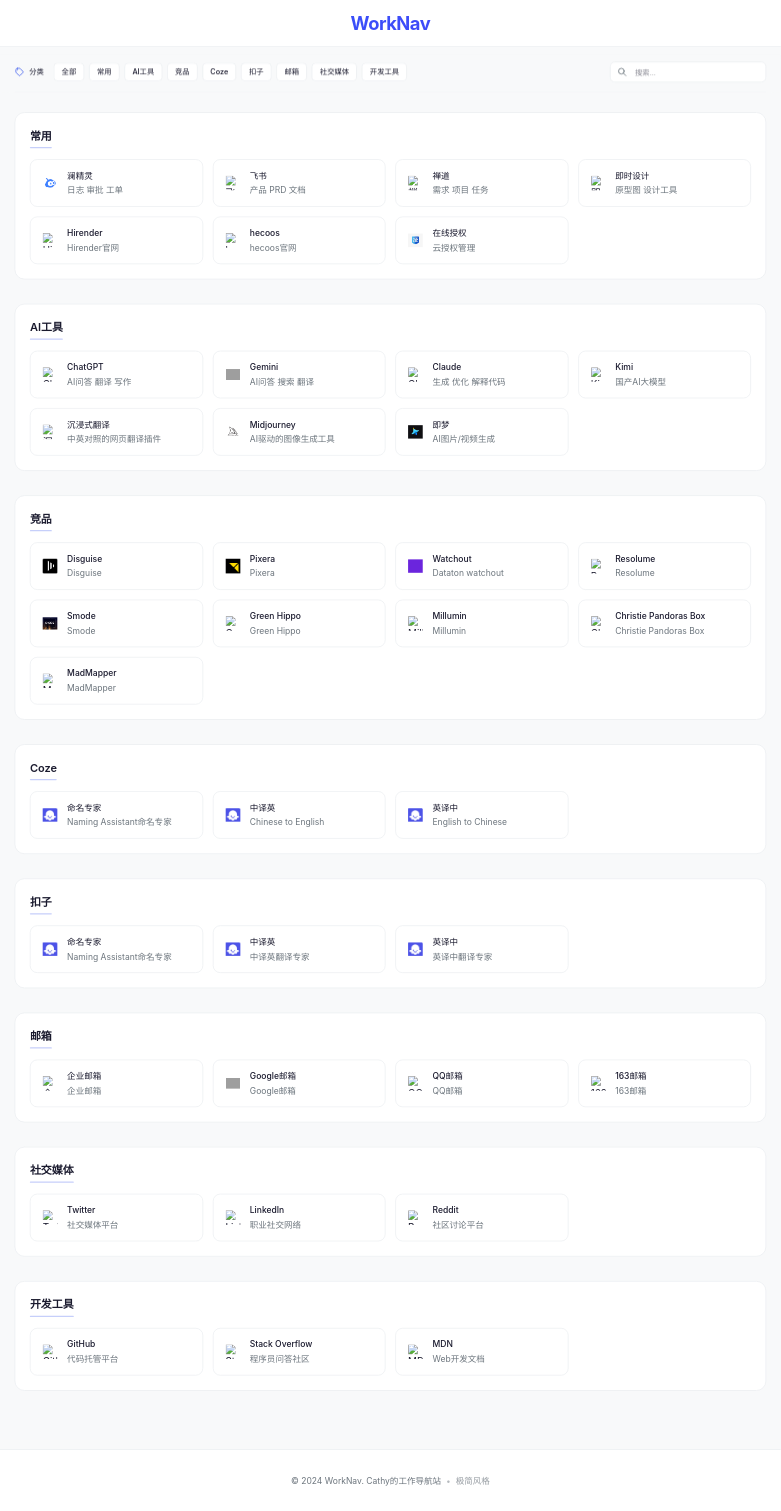
Repository: SweetPomelo0/WorkNav
Page: /
These files come from the project's save history. The page is drawn as it stood at one moment and after the next save; the edit follows.
The browser window is 1280 px wide. The pictures show the whole page, at 61% of full size.
Pictures or frames that could not be fetched are drawn as grey boxes. The project was rebuilt for these pictures with package versions that can differ from the ones it lists, and the page was loaded fresh each time. The framework's server and built-in components were replaced by stand-ins that run in the browser. Also part of the build but not shown: next.config.ts.

Above is the page before, as saved 2025-07-26 23:15:05.

After the next save:
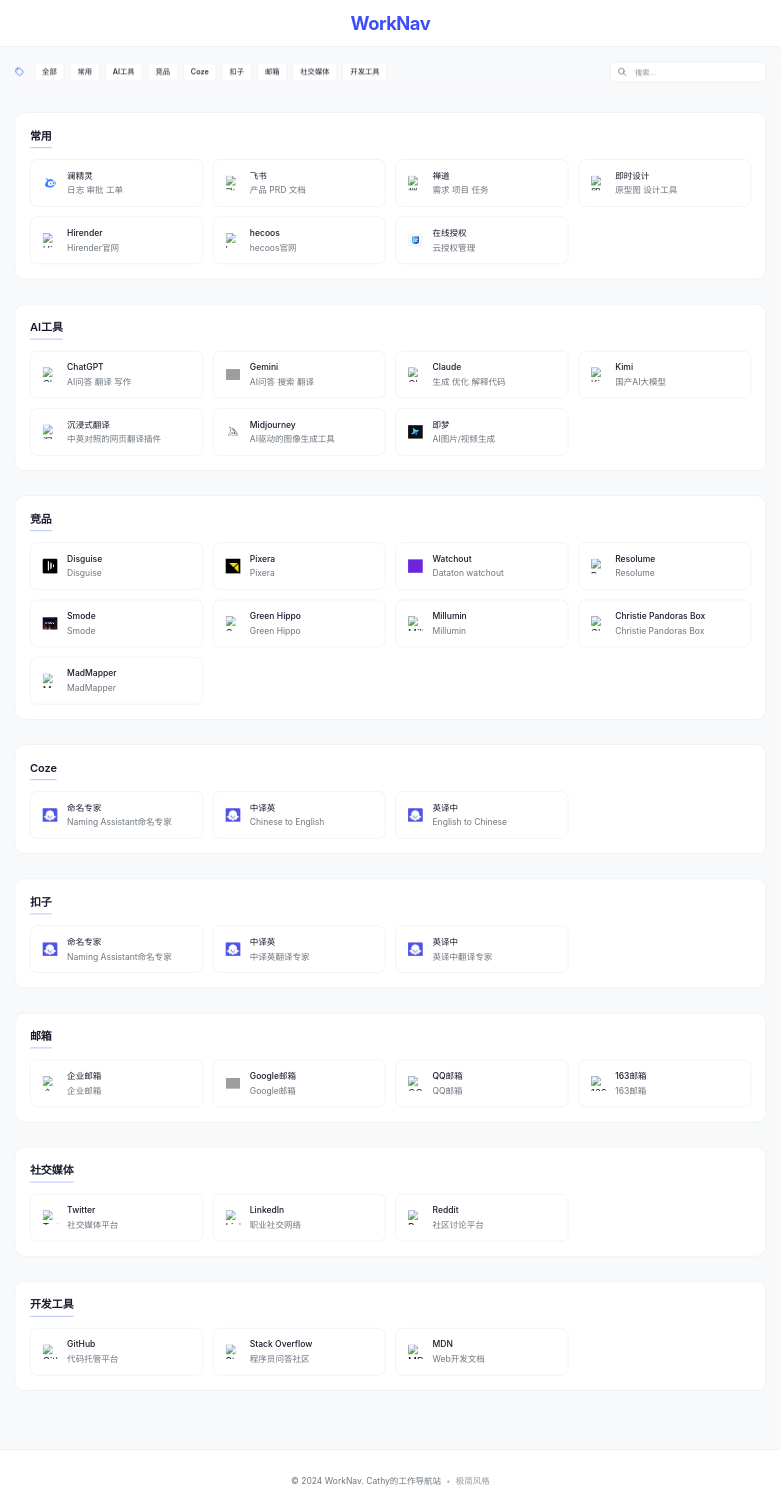
Saved 64 s later.
--- a/src/app/page.tsx
+++ b/src/app/page.tsx
@@ -112,13 +112,10 @@
       <div className="sticky top-0 z-10 mt-3 category-nav-container" style={{ background: 'rgba(var(--background-rgb), 0.9)', backdropFilter: 'blur(10px)' }}>
         <div className="max-w-7xl mx-auto px-4 md:px-6 py-2 md:py-3 overflow-x-auto">
           <div className="flex items-center">
-            <div className="flex-shrink-0 mr-2 md:mr-4">
-              <div className="flex items-center">
-                <svg xmlns="http://www.w3.org/2000/svg" className="h-4 w-4 mr-1 md:mr-2" fill="none" viewBox="0 0 24 24" stroke="currentColor" style={{ color: 'var(--accent)' }}>
-                  <path strokeLinecap="round" strokeLinejoin="round" strokeWidth={2} d="M7 7h.01M7 3h5c.512 0 1.024.195 1.414.586l7 7a2 2 0 010 2.828l-7 7a2 2 0 01-2.828 0l-7-7A1.994 1.994 0 013 12V7a4 4 0 014-4z" />
-                </svg>
-                <span className="hidden sm:inline text-xs font-medium" style={{ color: 'var(--text-primary)' }}>分类</span>
-              </div>
+            <div className="flex-shrink-0 mr-3 md:mr-4">
+              <svg xmlns="http://www.w3.org/2000/svg" className="h-4 w-4" fill="none" viewBox="0 0 24 24" stroke="currentColor" style={{ color: 'var(--accent)' }}>
+                <path strokeLinecap="round" strokeLinejoin="round" strokeWidth={2} d="M7 7h.01M7 3h5c.512 0 1.024.195 1.414.586l7 7a2 2 0 010 2.828l-7 7a2 2 0 01-2.828 0l-7-7A1.994 1.994 0 013 12V7a4 4 0 014-4z" />
+              </svg>
             </div>
             <div className="flex space-x-1 md:space-x-2 overflow-x-auto category-scrollbar flex-grow">
               <a
